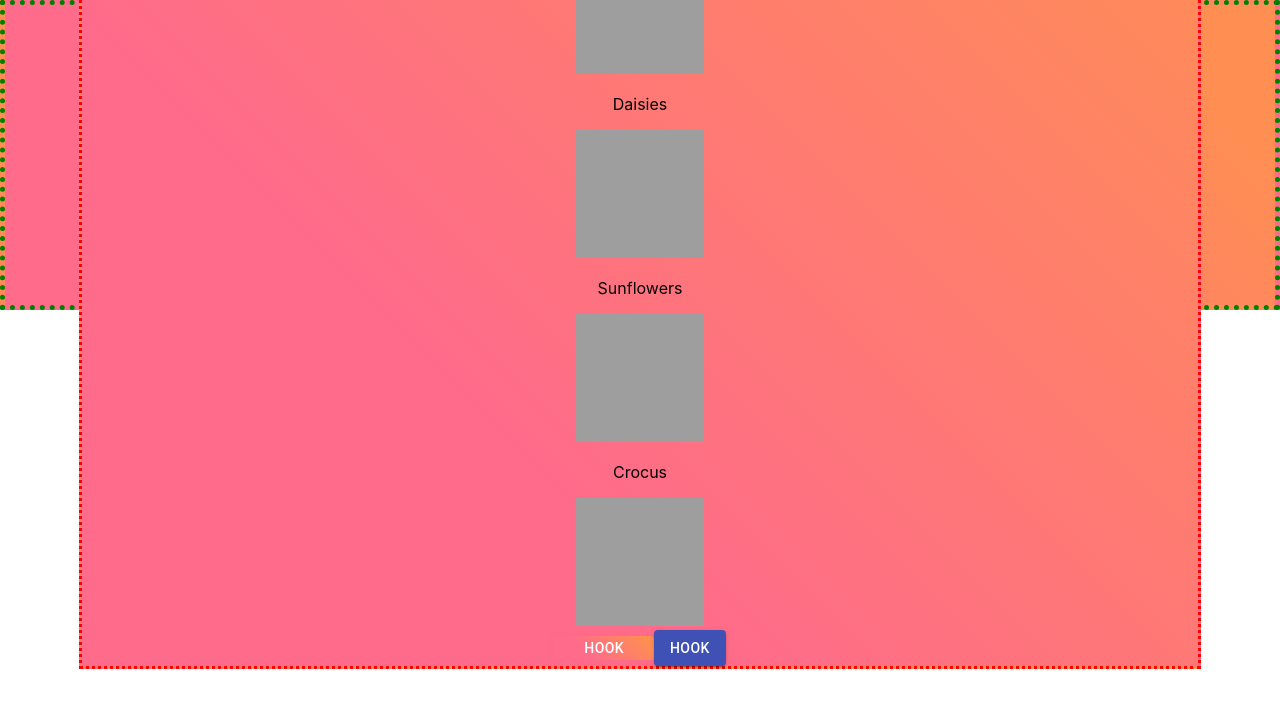
Repository: DevLuDaley/react-flower-shop
Page: /
The author's editor kept a copy of each file at every save. The page is drawn from the files as they stood at one save, then again after the next save.
The browser window is 1280 px wide. The pictures show the whole page.
Pictures or frames that could not be fetched are drawn as grey boxes. The project was rebuilt for these pictures with package versions that can differ from the ones it lists, and the page was loaded fresh each time.

Above is the page before, as saved 2021-02-19 22:01:14.

After the next save:
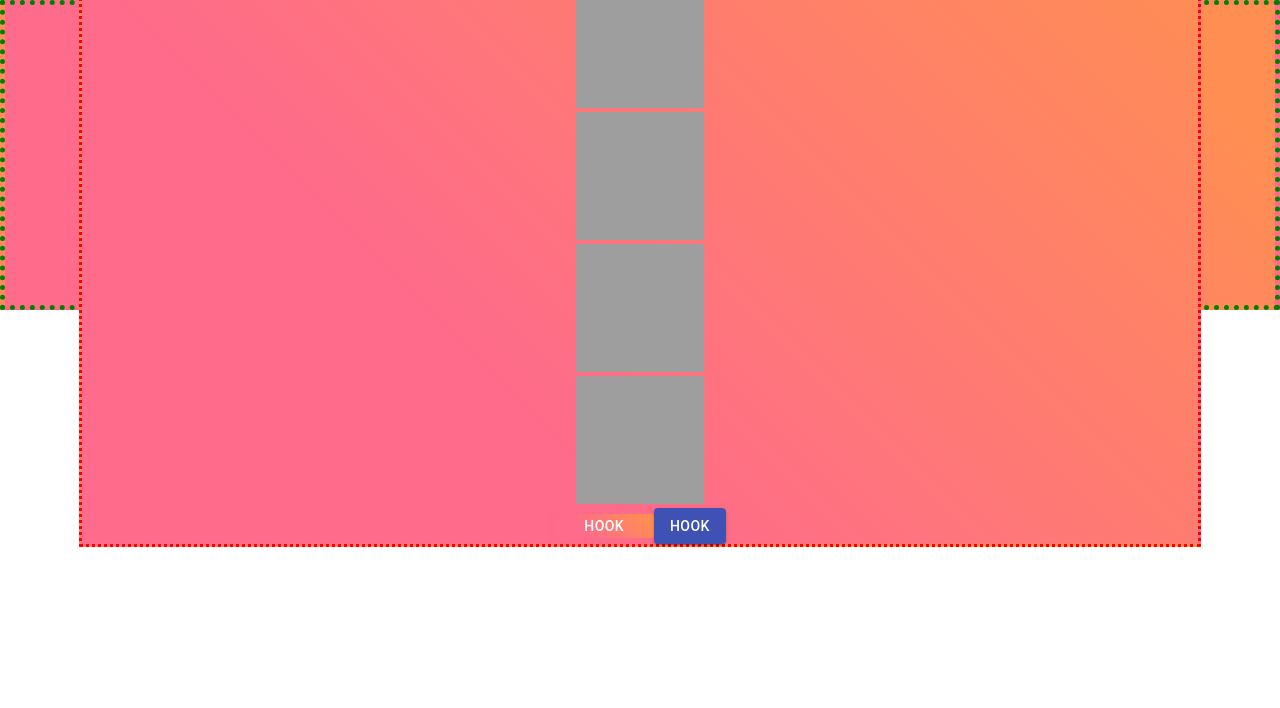
Saved 17 s later.
--- a/src/components/FlowerGallery.js
+++ b/src/components/FlowerGallery.js
@@ -63,7 +63,7 @@
         <section>
         {flowerList ? flowerList.map(flower =>
           <div className="flower-cards">
-              <p>{flower.name}</p>
+              {/* <p>{flower.name}</p>  */}
               <img src={flower.imageUrl} alt={flower.alt} style={{width:"128px", height: "128px"}}></img>
           </div>
         )

After the save that followed:
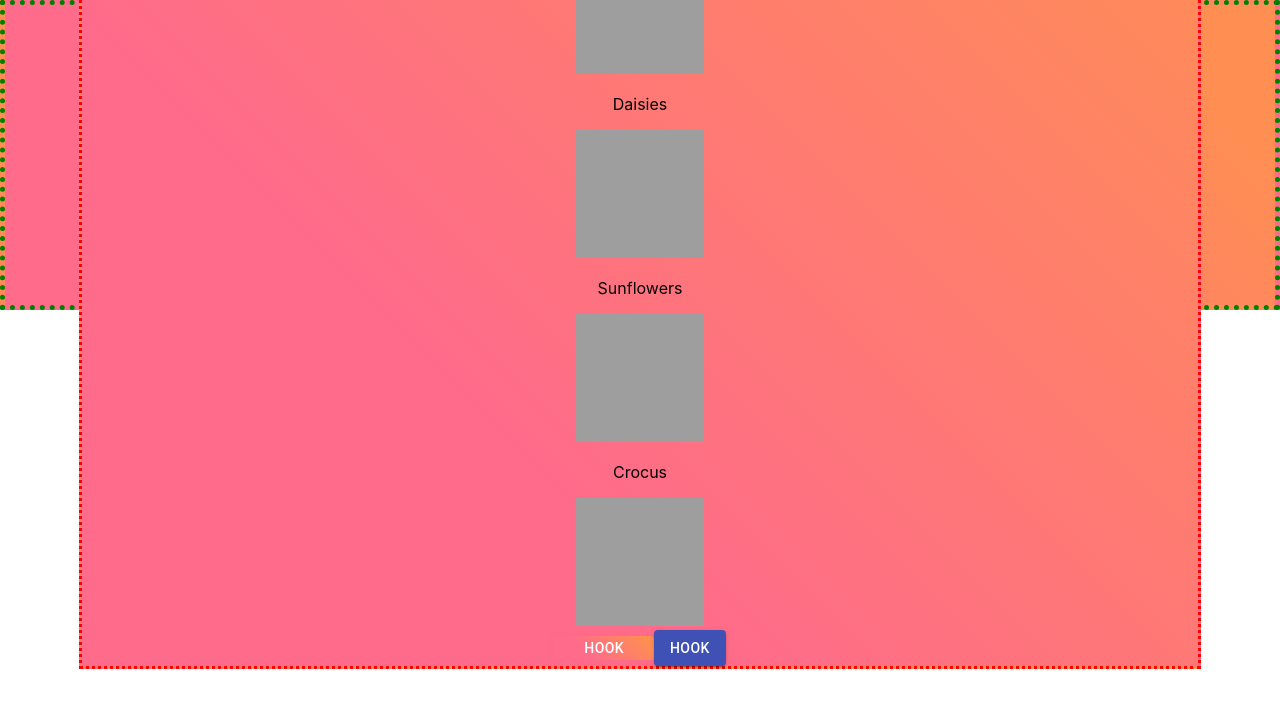
Saved 4 s later.
--- a/src/components/FlowerGallery.js
+++ b/src/components/FlowerGallery.js
@@ -63,7 +63,7 @@
         <section>
         {flowerList ? flowerList.map(flower =>
           <div className="flower-cards">
-              {/* <p>{flower.name}</p>  */}
+              <p>{flower.name}</p>
               <img src={flower.imageUrl} alt={flower.alt} style={{width:"128px", height: "128px"}}></img>
           </div>
         )
